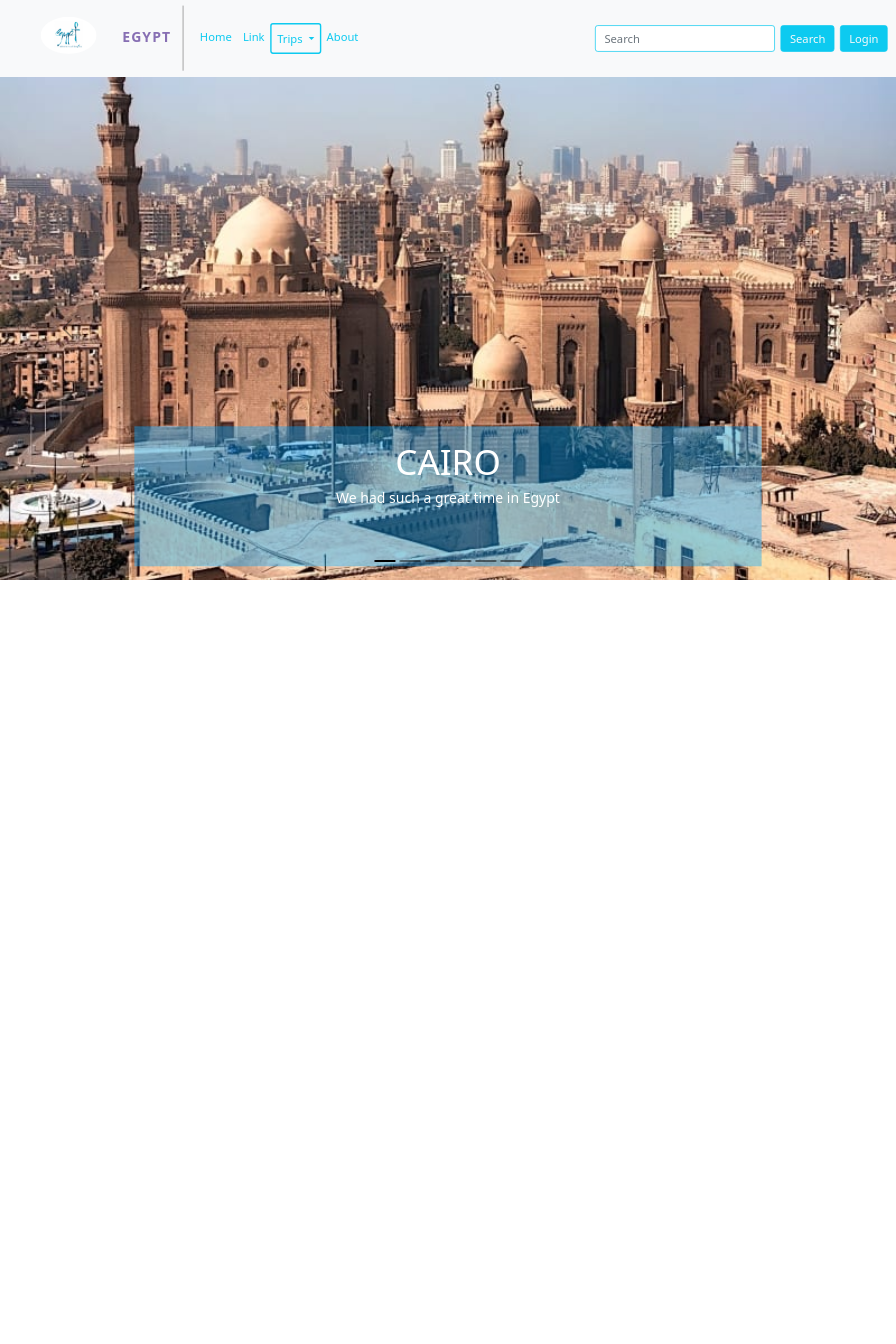
Repository: Ahmed123rezk123/P-temp
Page: index.html
The author's editor kept a copy of each file at every save. The page is drawn from the files as they stood at one save, then again after the next save.
The browser window is 1280 px wide. The pictures show the part of the page from y = 0 to 1920 px (the page is 10000 px tall), at 70% of full size.

Above is the page before, as saved 2024-02-15 13:41:38.

### index.html
<!DOCTYPE html>
<html lang="en">
  <head>
    <meta charset="UTF-8" />
    <meta name="viewport" content="width=device-width, initial-scale=1.0" />
    <title>Document</title>
    <link rel="stylesheet" href="CSS/style.css" />
    <link rel="stylesheet" href="CSS/all.css" />
    <link
      href="https://cdn.jsdelivr.net/npm/bootstrap@5.1.3/dist/css/bootstrap.min.css"
      rel="stylesheet"
      integrity="sha384-1BmE4kWBq78iYhFldvKuhfTAU6auU8tT94WrHftjDbrCEXSU1oBoqyl2QvZ6jIW3"
      crossorigin="anonymous"
    />
  </head>
  <body>
    <nav class="navbar navbar-expand-lg bg-light sticky-top">
      <div class="container-fluid">
        <a class="navbar-brand egypt p-lg-3" href="#">
          <img
            src="images/e2533023876439.5632a45cc17d8.jpg"
            class="img-fluid logo mb-2"
            alt=""
          />
          EGYPT
        </a>
        <button
          class="navbar-toggler"
          type="button"
          data-bs-toggle="collapse"
          data-bs-target="#navbarSupportedContent"
          aria-controls="navbarSupportedContent"
          aria-expanded="false"
          aria-label="Toggle navigation"
        >
          <i class="fas fa-bars"></i>
        </button>
        <div class="collapse navbar-collapse" id="navbarSupportedContent">
          <ul class="navbar-nav me-auto mb-2 mb-lg-0">
            <li class="nav-item">
              <a
                class="nav-link active text-info p-lg-2"
                aria-current="page"
                href="#"
                >Home</a
              >
            </li>
            <li class="nav-item">
              <a class="nav-link text-info p-lg-2" href="#">Link</a>
            </li>
            <li class="nav-item dropdown">
              <a
                class="nav-link dropdown-toggle text-info border rounded border-info border-2 trips p-lg-2"
                href="#"
                id="navbarDropdown"
                role="button"
                data-bs-toggle="dropdown"
                aria-expanded="false"
              >
                Trips
              </a>
              <ul class="dropdown-menu" aria-labelledby="navbarDropdown">
                <li><a class="dropdown-item text-info" href="#">Cairo</a></li>
                <li><a class="dropdown-item text-info" href="#">Alex</a></li>
                <li><hr class="dropdown-divider text-info" /></li>
                <li><a class="dropdown-item text-info" href="#">Aswan</a></li>
                <li><a class="dropdown-item text-info" href="#">Luxor</a></li>
                <li>
                  <a class="dropdown-item text-info" href="#">Sharm Elsaikh</a>
                </li>
                <li>
                  <a class="dropdown-item text-info" href="#">El Glala</a>
                </li>
                <li>
                  <a class="dropdown-item text-info" href="#">More ...</a>
                </li>
              </ul>
            </li>
            <li class="nav-item">
              <a class="nav-link disabled text-info p-lg-2">About</a>
            </li>
          </ul>
          <form class="d-flex">
            <input
              class="form-control border-info me-2"
              type="search"
              placeholder="Search"
              aria-label="Search"
            />
            <button class="btn btn-info me-2 text-light" type="submit">
              Search
            </button>
            <button type="button" class="btn btn-info text-light"  data-bs-toggle="modal" data-bs-target="#exampleModal">
              Login
            </button>

          </form>
        </div>
      </div>
    </nav>
    <!-- start model -->
    <div
    class="modal fade"
    id="exampleModal"
    tabindex="-1"
    aria-labelledby="exampleModalLabel"
    aria-hidden="true"
  >
    <div class="modal-dialog">
      <div class="modal-content">
        <div class="modal-header bg-info">
          <h5 class="modal-title   text-white " id="exampleModalLabel">
            Login
          </h5>
          <button
            type="button"
            class="btn-close bg-light"
            data-bs-dismiss="modal"
            aria-label="Close"
          ></button>
        </div>
        <div class="modal-body text-info">
          <form>
            <div class="mb-3">
              <label for="exampleInputEmail1" class="form-label">Email address</label>
              <input type="email" class="form-control  border border-info" id="exampleInputEmail1" aria-describedby="emailHelp">
              <div id="emailHelp" class="form-text">We'll never share your email with anyone else.</div>
            </div>
            <div class="mb-3">
              <label for="exampleInputPassword1" class="form-label">Password</label>
              <input type="password" class="form-control border border-info" id="exampleInputPassword1">
            </div>
            <div class="form-check form-switch   ">
              <input class="form-check-input bg-info" type="checkbox" role="switch" id="flexSwitchCheckChecked" checked>
              <label class="form-check-label " for="flexSwitchCheckChecked">Remmember me</label>
            </div>
          </form>
        </div>

        <div class="modal-footer">
            <button type="button" class="btn btn-info text-white">Login</button>
          <button type="button" class="btn btn-info text-white"  data-bs-dismiss="modal"  aria-label="Close">
            Close
          </button>

        </div>
      </div>

    </div>
  </div>
  <!-- end model -->
<!--  Section 1-->
<div id="carouselExampleDark" class="carousel carousel-dark slide" data-bs-ride="carousel">
  <div class="carousel-indicators">
    <button type="button" data-bs-target="#carouselExampleDark" data-bs-slide-to="0" class="active" aria-current="true" aria-label="Slide 1"></button>
    <button type="button" data-bs-target="#carouselExampleDark" data-bs-slide-to="1" aria-label="Slide 2"></button>
    <button type="button" data-bs-target="#carouselExampleDark" data-bs-slide-to="2" aria-label="Slide 3"></button>
    <button type="button" data-bs-target="#carouselExampleDark" data-bs-slide-to="3" aria-label="Slide 4"></button>
    <button type="button" data-bs-target="#carouselExampleDark" data-bs-slide-to="4" aria-label="Slide 5"></button>
    <button type="button" data-bs-target="#carouselExampleDark" data-bs-slide-to="5" aria-label="Slide 6"></button>
  </div>
  <div class="carousel-inner">
    <div class="carousel-item active" data-bs-interval="10000">
      <img src="images/cairo.jpg" class="" alt="...">
      <div class="carousel-caption d-none d-md-block content">
        <h1 class="text-white">CAIRO</h1>
        <p class="text-white">We had such a great time in Egypt</p>
      </div>
    </div>
    <div class="carousel-item" data-bs-interval="2000">
      <img src="images/Alex.jpg" class="" alt="...">
      <div class="carousel-caption d-none d-md-block content">
        <h1 class="text-white">ALEX</h1>
        <p class="text-white">Alex is great</p>
        <button type="button" class="btn btn-info text-white">Visit</button>
      </div>
    </div>
    <div class="carousel-item">
      <img src="images/sharm.jpg" class="" alt="...">
      <div class="carousel-caption d-none d-md-block content">
        <h1 class="text-white">Sharm Elshekh</h1>
        <p class="text-white">Sharm is beautiful</p>
      </div>
    </div>
    <div class="carousel-item">
      <img src="images/glala.jpg" class="" alt="...">
      <div class="carousel-caption d-none d-md-block content">
        <h1 class="text-white">El Glala</h1>
        <p class="text-white">I love El Glala</p>
      </div>
    </div>
    <div class="carousel-item">
      <img src="images/aswan.jpg" class="" alt="...">
      <div class="carousel-caption d-none d-md-block">
        <h1 class="text-white">Aswan</h1>
        <p class="text-white">I want visit Aswan</p>
      </div>
    </div>
    <div class="carousel-item">
      <img src="images/الأقصر-2.jpg" class="" alt="...">
      <div class="carousel-caption d-none d-md-block">
        <h1 class="text-white">Luxor</h1>
        <p class="text-white">I love this city</p>
      </div>
    </div>
  </div>
  <button class="carousel-control-prev" type="button" data-bs-target="#carouselExampleDark" data-bs-slide="prev">
    <span class="carousel-control-prev-icon" aria-hidden="true"></span>
    <span class="visually-hidden">Previous</span>
  </button>
  <button class="carousel-control-next" type="button" data-bs-target="#carouselExampleDark" data-bs-slide="next">
    <span class="carousel-control-next-icon" aria-hidden="true"></span>
    <span class="visually-hidden">Next</span>
  </button>
</div>
  <script
      src="https://cdn.jsdelivr.net/npm/bootstrap@5.1.3/dist/js/bootstrap.bundle.min.js"
      integrity="sha384-ka7Sk0Gln4gmtz2MlQnikT1wXgYsOg+OMhuP+IlRH9sENBO0LRn5q+8nbTov4+1p"
      crossorigin="anonymous"
    ></script>
  </body>
</html>

### CSS/style.css
* {
    margin: 0;
    padding: 0;
    box-sizing: border-box;
}
body {
    height: 10000px;
}

.logo{
    width: 80px;
    height: 80px;
    border-radius: 50%;
    margin: 0 30px;
}
.egypt {
    position: relative;
    font-weight: bold;
    color:#876fb3;
    letter-spacing: 1.5px;
    border-right: 1px solid   gray;
    padding: 10px;

}

.navbar .navbar-toggler {
    border-color: gray;
    color: gray;
    font-size: 18px;
}
/* .navbar .navbar-toggler:focus {
box-shadow: none;

}
  */

  .carousel-inner .content {
    width: 70%;
    height: 200px;
    background-color: rgb(0, 166, 255,.4);
  }
  .carousel-inner .content h1 {
    text-transform: uppercase;
    font-size: 50px;
  }
  .carousel-inner .content p {
    font-size: 20px;
  }
  .carousel-inner img {
    width: 100%;
    height: 30%;
}

Loaded but not shown: CSS/all.css (library)

After the next save:
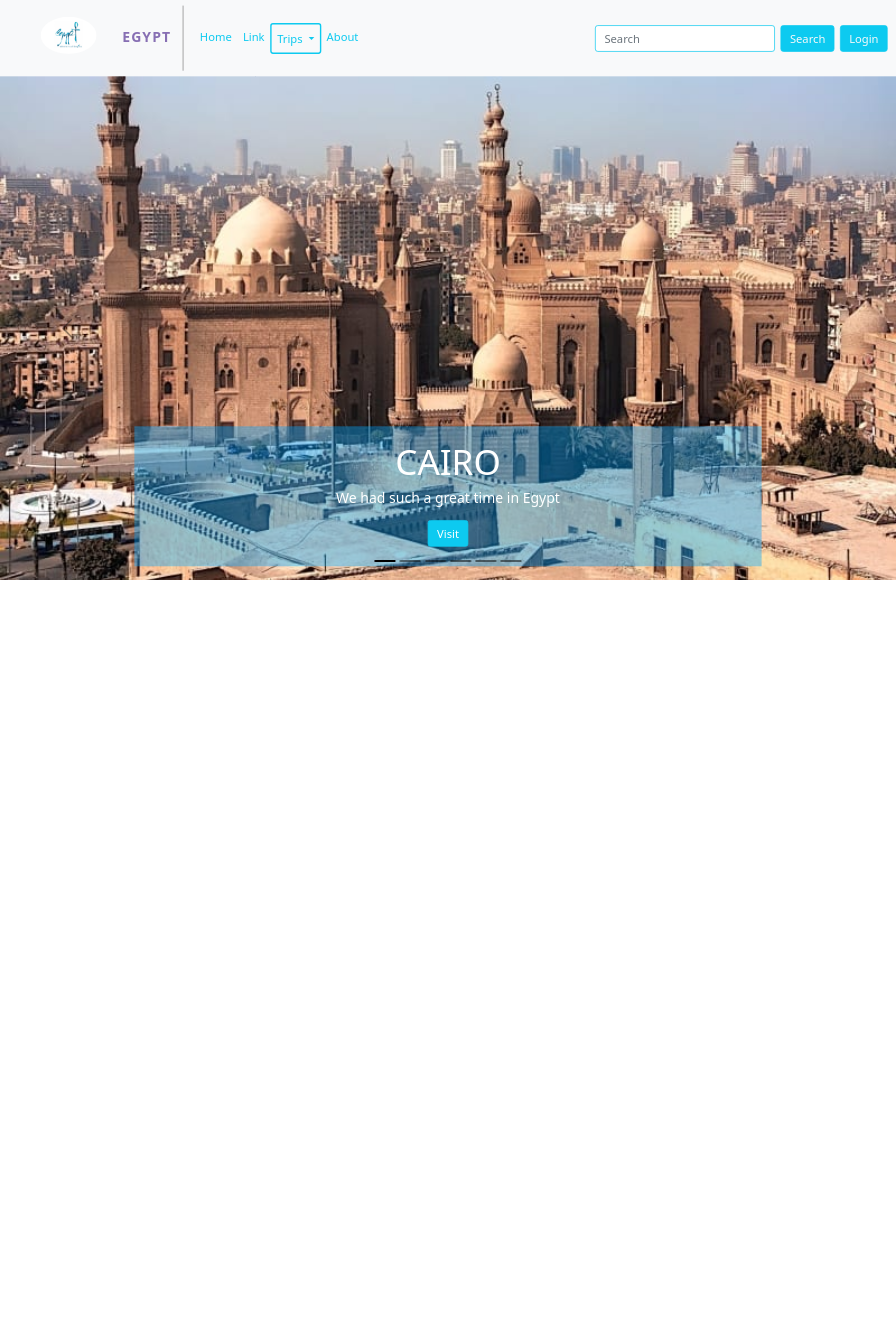
Saved 8 s later.
--- a/index.html
+++ b/index.html
@@ -165,6 +165,7 @@
       <div class="carousel-caption d-none d-md-block content">
         <h1 class="text-white">CAIRO</h1>
         <p class="text-white">We had such a great time in Egypt</p>
+        <button type="button" class="btn btn-info text-white">Visit</button>
       </div>
     </div>
     <div class="carousel-item" data-bs-interval="2000">
